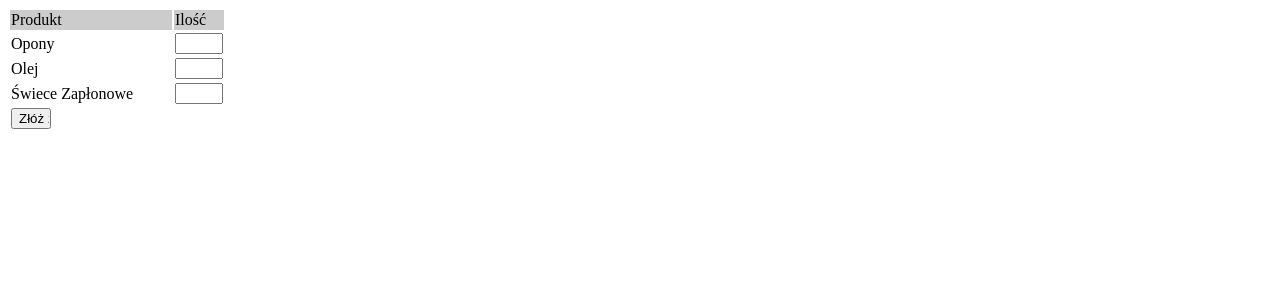
Repository: gabr/workspace
Page: php 001 - formularz/formularz.html
An editor plug-in stored every save of this project. The page is shown before and after the next save, followed by the edit.
The browser window is 1280 px wide. The pictures show the whole page.

Above is the page before, as saved 2013-02-22 21:33:53.

After the next save:
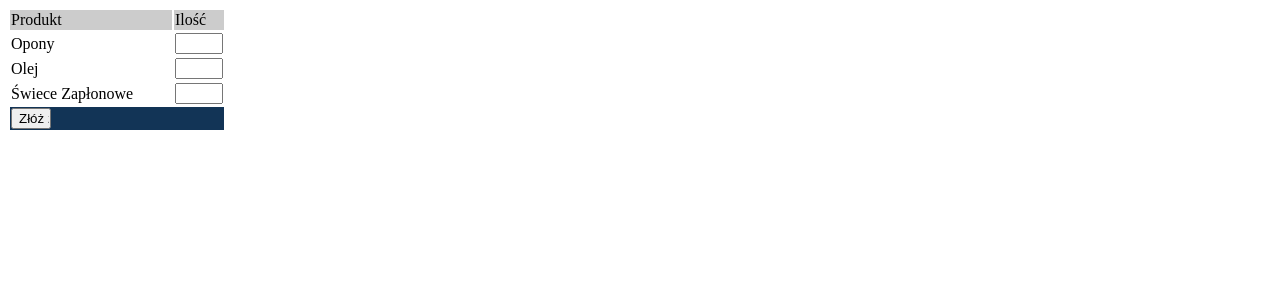
Saved 29 s later.
--- a/php 001 - formularz/formularz.html
+++ b/php 001 - formularz/formularz.html
@@ -24,7 +24,7 @@
 			<td><input type="text" name="iloscswiec" maxlength="3" /></td>
 		</tr>
 		<tr>
-			<td id="zatwierd" colspan="2">
+			<td id="zatwierdz" colspan="2">
 				<input type="submit" value="Złóż zamówienie" />
 			</td>
 		</tr>

After the save that followed:
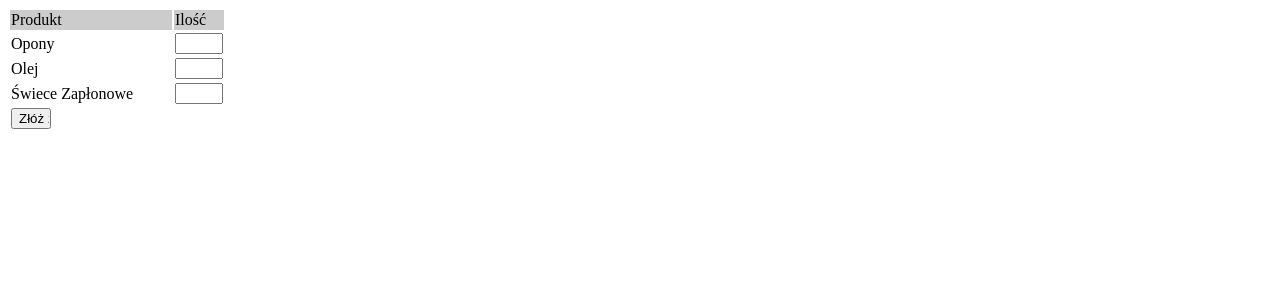
Saved 6 s later.
--- a/php 001 - formularz/style.css
+++ b/php 001 - formularz/style.css
@@ -13,7 +13,8 @@ tr > td:first-child {
 }
 
 #zatwierdz {
-	background-color: #123456;
+	margin: 0 auto 0 aut;
+	padding: 0 auto 0 auto;
 }
 
 input {
